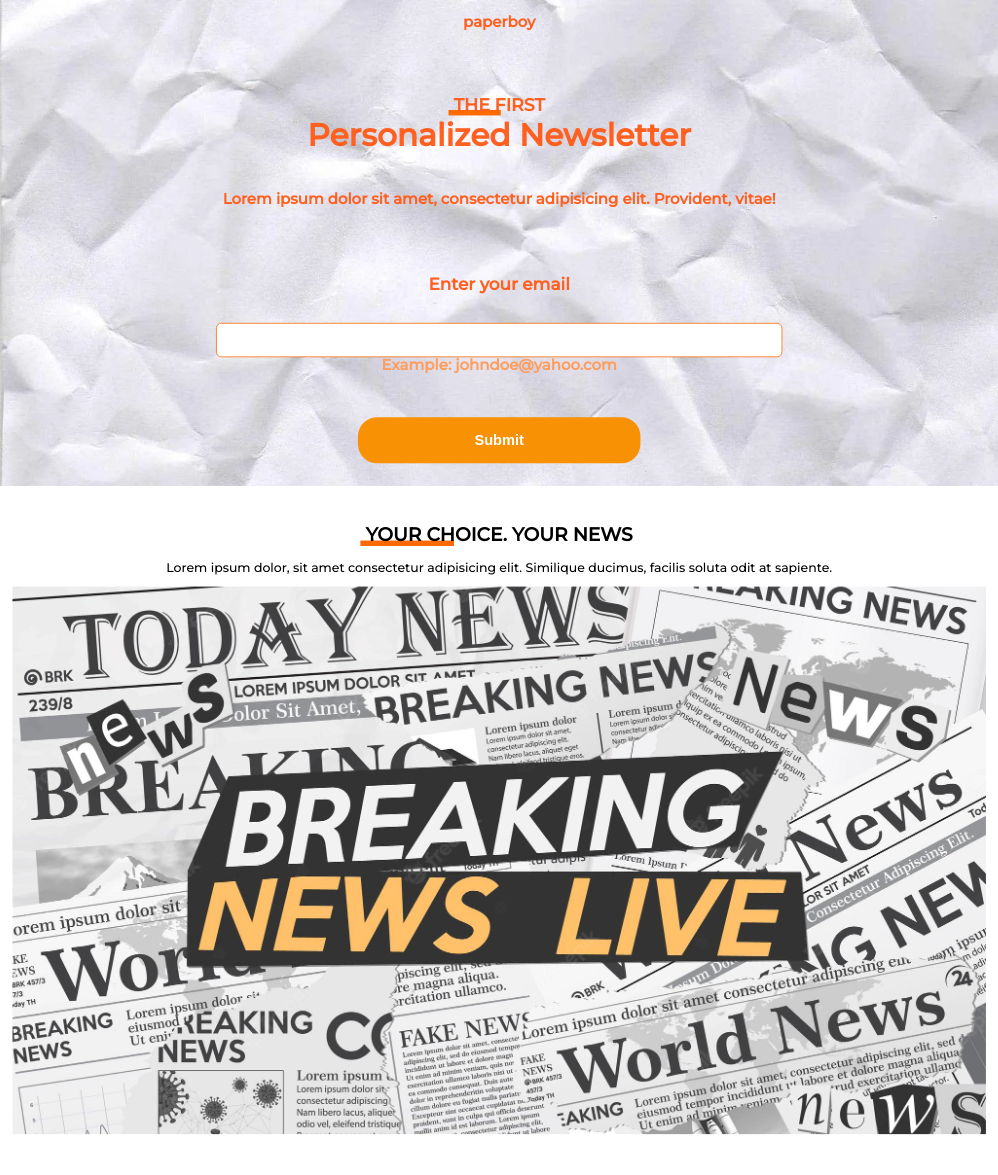
Repository: Gionnn/proiecte
Page: index.html
The author's editor kept a copy of each file at every save. The page is drawn from the files as they stood at one save, then again after the next save.
The browser window is 1280 px wide. The pictures show the whole page, at 78% of full size.

Above is the page before, as saved 2022-11-28 14:32:46.

After the next save:
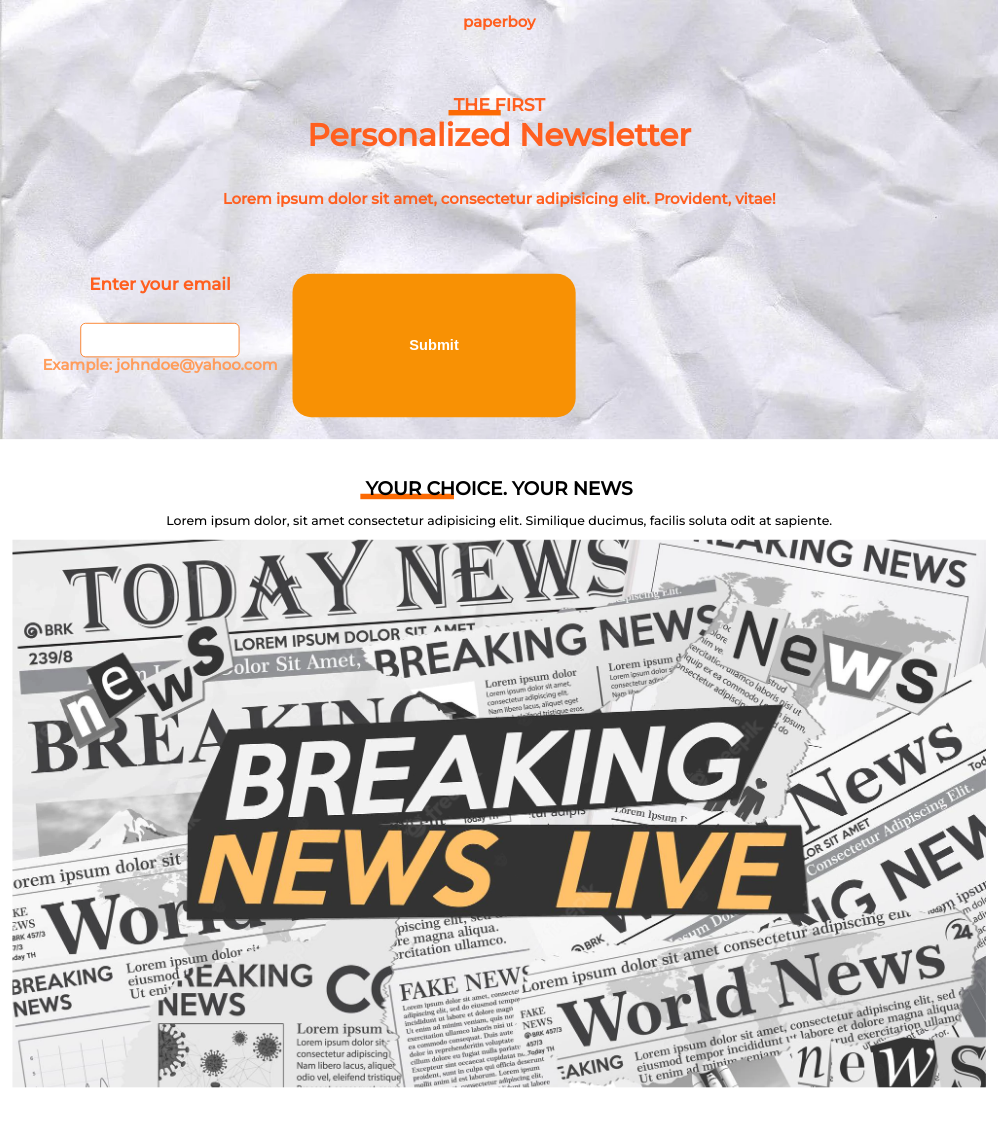
Saved 70 s later.
--- a/css/main.css
+++ b/css/main.css
@@ -137,4 +137,7 @@
 }
 
 @media (min-width: 930px) {
+  form {
+    display: flex;
+  }
 }

After the save that followed:
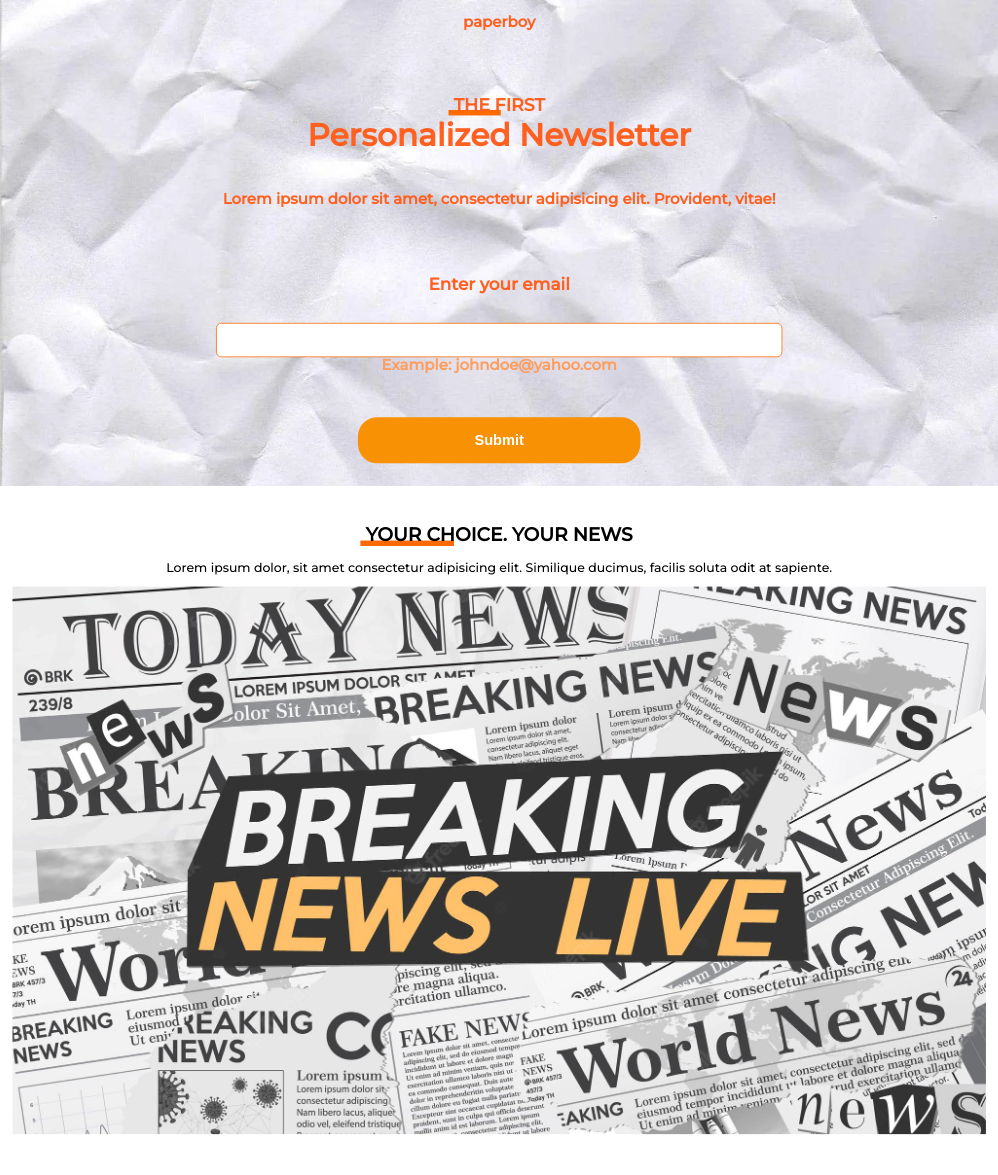
Saved 17 s later.
--- a/css/main.css
+++ b/css/main.css
@@ -137,7 +137,4 @@
 }
 
 @media (min-width: 930px) {
-  form {
-    display: flex;
-  }
 }
